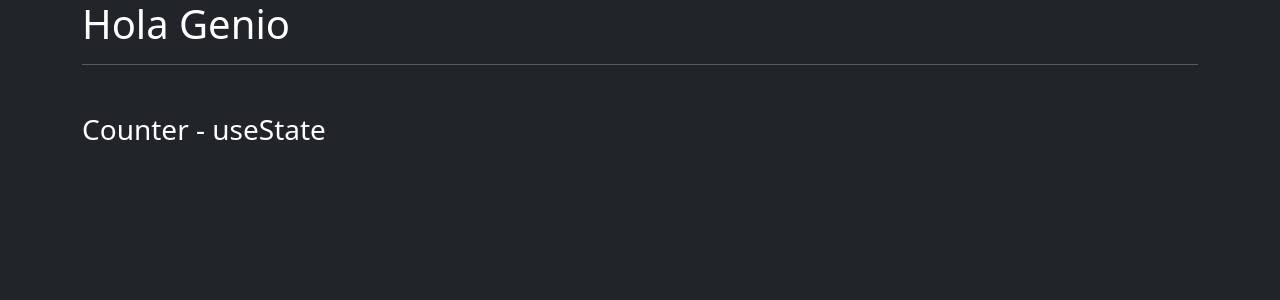
Repository: ChristianGecchelin/Typescript-Course1
Page: /
An editor plug-in stored every save of this project. The page is shown before and after the next save, followed by the edit.
The browser window is 1280 px wide. The pictures show the whole page.
The project was rebuilt for these pictures with package versions that can differ from the ones it lists, and the page was loaded fresh each time.

Above is the page before, as saved 2022-08-16 13:02:04.

### public/index.html
<!DOCTYPE html>
<html lang="en">
  <head>
    <meta charset="utf-8" />
    <link rel="icon" href="%PUBLIC_URL%/favicon.ico" />
    <meta name="viewport" content="width=device-width, initial-scale=1" />
    <meta name="theme-color" content="#000000" />
    <meta
      name="description"
      content="Web site created using create-react-app"
    />
    <link rel="apple-touch-icon" href="%PUBLIC_URL%/logo192.png" />
    <!--
      manifest.json provides metadata used when your web app is installed on a
      user's mobile device or desktop. See https://developers.google.com/web/fundamentals/web-app-manifest/
    -->
    <link rel="manifest" href="%PUBLIC_URL%/manifest.json" />
    <!--
      Notice the use of %PUBLIC_URL% in the tags above.
      It will be replaced with the URL of the `public` folder during the build.
      Only files inside the `public` folder can be referenced from the HTML.

      Unlike "/favicon.ico" or "favicon.ico", "%PUBLIC_URL%/favicon.ico" will
      work correctly both with client-side routing and a non-root public URL.
      Learn how to configure a non-root public URL by running `npm run build`.
    -->
    <!-- CSS only -->
    <link
      href="https://cdn.jsdelivr.net/npm/bootstrap@5.2.0/dist/css/bootstrap.min.css"
      rel="stylesheet"
      integrity="sha384-gH2yIJqKdNHPEq0n4Mqa/HGKIhSkIHeL5AyhkYV8i59U5AR6csBvApHHNl/vI1Bx"
      crossorigin="anonymous"
    />
    <title>React + TS</title>
  </head>
  <body class="container bg-dark text-white">
    <noscript>You need to enable JavaScript to run this app.</noscript>
    <div id="root"></div>
    <!--
      This HTML file is a template.
      If you open it directly in the browser, you will see an empty page.

      You can add webfonts, meta tags, or analytics to this file.
      The build step will place the bundled scripts into the <body> tag.

      To begin the development, run `npm start` or `yarn start`.
      To create a production bundle, use `npm run build` or `yarn build`.
    -->
  </body>
</html>

### src/App.tsx
import { Counter } from "./components/Counter";

function App() {
  return (
    <>
      <h1>Hola Genio</h1>
      <hr />
      <Counter/>
    </>
  );
}

export default App;

### src/components/Counter.tsx
export const Counter = () => {
  return (
    <div className="mt-5">
      <h3>Counter - useState</h3>
    </div>
  );
};

Loaded but not shown: src/index.tsx (common file)

After the next save:
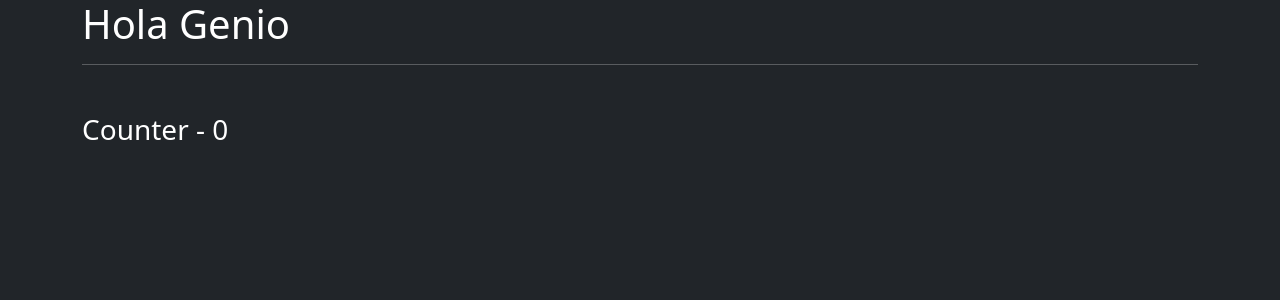
Saved 73 s later.
--- a/src/components/Counter.tsx
+++ b/src/components/Counter.tsx
@@ -1,7 +1,14 @@
+import { useState } from "react";
+
 export const Counter = () => {
+    const [counter, setCounter] = useState(0)
+
+
+
+
   return (
     <div className="mt-5">
-      <h3>Counter - useState</h3>
+      <h3>Counter - {counter}</h3>
     </div>
   );
 };
